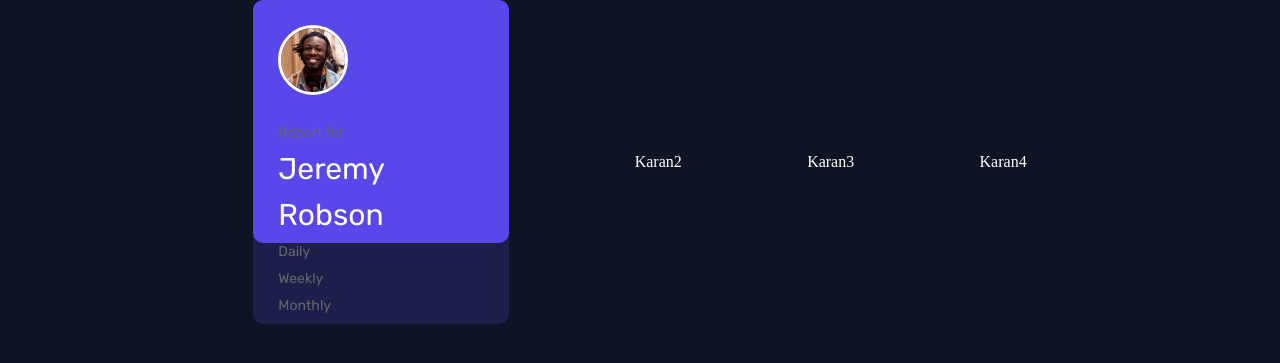
Repository: karanjain71/css-practice
Page: time-tracking-dashboard-main/index.html
An editor plug-in stored every save of this project. The page is shown before and after the next save, followed by the edit.
The browser window is 1280 px wide. The pictures show the whole page.

Above is the page before, as saved 2022-01-30 19:01:10.

After the next save:
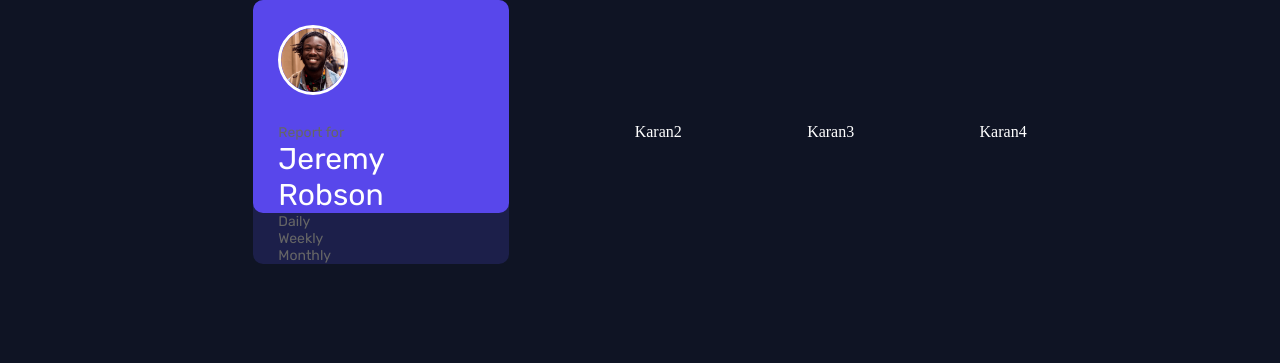
Saved 59 s later.
--- a/time-tracking-dashboard-main/styles.css
+++ b/time-tracking-dashboard-main/styles.css
@@ -50,7 +50,7 @@
 
 p {
     padding-left: 25px;
-    padding-bottom: 10px;
+    /* padding-bottom: 10px; */
     font-family: "Rubik";
     font-weight: 300;
     color: #666;
